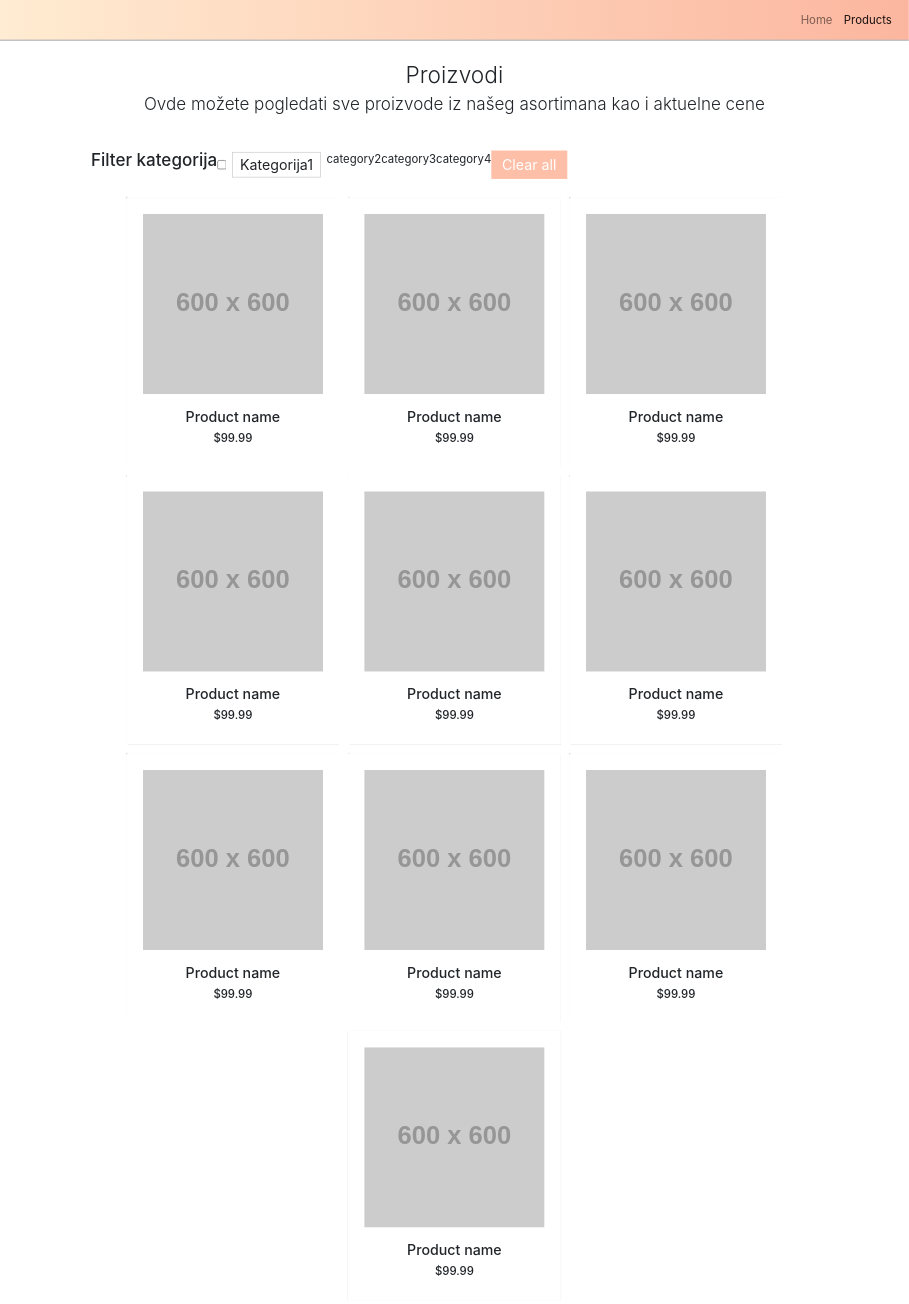
Repository: StevanFilipovic/TemplateForSinglepageWebsite
Page: products.html
The author's editor kept a copy of each file at every save. The page is drawn from the files as they stood at one save, then again after the next save.
The browser window is 1280 px wide. The pictures show the whole page, at 71% of full size.
Some web libraries are served in a nearby version.

Above is the page before, as saved 2018-06-15 11:29:19.

### products.html
<!doctype html>
<html>
<head>
	<meta charset="utf-8">
	<title>One Page Scroll</title>
	<meta name="title" content="Website by Stevan" />
	<meta name="description" content="Proizvodi"/>
    <link rel="shortcut icon" id="favicon" href="">
    <meta name="viewport" content="initial-scale=1, width=device-width, maximum-scale=1, minimum-scale=1, user-scalable=no">
	<link href='http://fonts.googleapis.com/css?family=Open+Sans:300,400,700' rel='stylesheet' type='text/css'>
	<link href='http://fonts.googleapis.com/css?family=Pacifico:400' rel='stylesheet' type='text/css'>
	<script type="text/javascript" src="http://code.jquery.com/jquery-1.9.1.js"></script>
  <link href='products-page-style.css' rel='stylesheet' type='text/css'>
  <!-- Da bi koristili less potrebno je odkomentarisati donje dve linije i uraditi konverziju css-a i ubaciti u dole navedene fajlove -->
  <!-- <link rel="stylesheet/less" type="text/css" href="onepage-scrool.less" /> -->
  <!-- <link rel="stylesheet/less" type="text/css" href="styles.less" /> -->
  <!-- <script src="less.js" type="text/javascript"></script> -->
  <link rel="stylesheet" href="https://stackpath.bootstrapcdn.com/bootstrap/4.1.1/css/bootstrap.min.css" integrity="sha384-WskhaSGFgHYWDcbwN70/dfYBj47jz9qbsMId/iRN3ewGhXQFZCSftd1LZCfmhktB" crossorigin="anonymous">

<script>
    $(document).ready(function() {
  var $products = $('.grid-products'),
      $filters = $("#filters input[type='checkbox']"),
      product_filter = new ProductFilterLevel1($products, $filters);
  product_filter.init();
});

function ProductFilterLevel1(products, filters) {
  var _this = this;

  this.init = function() {
    this.products = products;
    this.filters = filters;
    this.bindEvents();
  };

  this.bindEvents = function() {
    this.filters.click(this.filterGridProducts);
    $('#none').click(this.removeAllFilters);
  };

  this.filterGridProducts = function() {
    _this.products.hide();
    var selectedFilters = _this.filters.filter(':checked');
    if (selectedFilters.length) {
      var selectedFiltersValues = [];
      selectedFilters.each(function() {
        var currentFilter = $(this);
        selectedFiltersValues.push("[data-" + currentFilter.attr('name') + "='" + currentFilter.val() + "']");
      });
      _this.products.filter(selectedFiltersValues.join(',')).show();
    } else {
      _this.products.show();
    }
  };

  this.removeAllFilters = function() {
    _this.filters.prop('checked', false);
    _this.products.show();
  }
}
</script>

</head>
<body>
        <div class="header">
                <nav class="navbar navbar-expand-lg navbar-light">
                  <!-- <a class="navbar-brand" href="#">Navbar</a> -->
                  <button class="navbar-toggler" type="button" data-toggle="collapse" data-target="#navbarNavDropdown" aria-controls="navbarNavDropdown" aria-expanded="false" aria-label="Toggle navigation">
                    <span class="navbar-toggler-icon"></span>
                  </button>
                  <div class="collapse navbar-collapse justify-content-end" id="navbarNavDropdown">
                    <ul class="navbar-nav">
                      <li class="nav-item ">
                        <a class="nav-link" href="index.html">Home </a>
                      </li>
                      <li class="nav-item active">
                        <a class="nav-link" href="products.html">Products<span class="sr-only">(current)</span></a>
                      </li>
                      </li>
                    </ul>
                  </div>
                </nav>
                </div>
<div class="intro-text">
    <h2>Proizvodi</h2>
    <h4>Ovde možete pogledati sve proizvode iz našeg asortimana kao i aktuelne cene</h4>
</div>
<div id="filters" class="products">
    <div class="filter-wrapper">
      <h4>Filter kategorija</h4>

      <input type="checkbox" name="colour" id="category1" value="category1" ></input>
      <label for="category1">Kategorija1</label>

      <label class="filter-container"><input type="checkbox" name="colour" id="category2" value="category2"><span class="filters-title">category2</span></input></label>
      <label class="filter-container"><input type="checkbox" name="colour" id="category3" value="category3"><span class="filters-title">category3</span></input></label>
      <label class="filter-container"><input type="checkbox" name="colour" id="category4" value="category4"><span class="filters-title">category4</span></input></label>
    </div>
    <div>
      <input class="button-clear dugme" type="button" id="none" value="Clear all"></input>
    </div>
  </div>

          <section class="products">
                <div class="product-card grid-products" data-colour="category1">
                    <div class="product-image">
                        <img src="http://via.placeholder.com/600x600">
                    </div>
                    <div class="product-info">
                        <h5>Product name</h5>
                        <h6>$99.99</h6>
                    </div>
                </div>

                <div class="product-card grid-products" data-colour="category1">
                    <div class="product-image">
                        <img src="http://via.placeholder.com/600x600">
                    </div>
                    <div class="product-info">
                        <h5>Product name</h5>
                        <h6>$99.99</h6>
                    </div>
                </div>

                <div class="product-card grid-products" data-colour="category2">
                    <div class="product-image">
                        <img src="http://via.placeholder.com/600x600">
                    </div>
                    <div class="product-info">
                        <h5>Product name</h5>
                        <h6>$99.99</h6>
                    </div>
                </div>

                <div class="product-card grid-products" data-colour="category2">
                    <div class="product-image">
                        <img src="http://via.placeholder.com/600x600">
                    </div>
                    <div class="product-info">
                        <h5>Product name</h5>
                        <h6>$99.99</h6>
                    </div>
                </div>

                <div class="product-card grid-products" data-colour="category3">
                    <div class="product-image">
                        <img src="http://via.placeholder.com/600x600">
                    </div>
                    <div class="product-info">
                        <h5>Product name</h5>
                        <h6>$99.99</h6>
                    </div>
                </div>

                <div class="product-card grid-products" data-colour="category3">
                    <div class="product-image">
                        <img src="http://via.placeholder.com/600x600">
                    </div>
                    <div class="product-info">
                        <h5>Product name</h5>
                        <h6>$99.99</h6>
                    </div>
                </div>

                <div class="product-card grid-products" data-colour="category3">
                    <div class="product-image">
                        <img src="http://via.placeholder.com/600x600">
                    </div>
                    <div class="product-info">
                        <h5>Product name</h5>
                        <h6>$99.99</h6>
                    </div>
                </div>

                <div class="product-card grid-products" data-colour="category4">
                    <div class="product-image">
                        <img src="http://via.placeholder.com/600x600">
                    </div>
                    <div class="product-info">
                        <h5>Product name</h5>
                        <h6>$99.99</h6>
                    </div>
                </div>

                <div class="product-card grid-products" data-colour="category4">
                    <div class="product-image">
                        <img src="http://via.placeholder.com/600x600">
                    </div>
                    <div class="product-info">
                        <h5>Product name</h5>
                        <h6>$99.99</h6>
                    </div>
                </div>

                <div class="product-card grid-products" data-colour="category4">
                    <div class="product-image">
                        <img src="http://via.placeholder.com/600x600">
                    </div>
                    <div class="product-info">
                        <h5>Product name</h5>
                        <h6>$99.99</h6>
                    </div>
                </div>

            </section>

</body>
</html>

### products-page-style.css
.header{
    background-image: linear-gradient(to right, #ffecd2 0%, #fcb69f 100%);
    border-bottom: 1px solid gray;
}
.intro-text{
  margin: 30px auto 50px;
}
.intro-text h2, .intro-text h4{
  text-align: center;
    font-weight: 300;
}
.products {
	display: flex;
    flex-wrap: wrap;
    width: 90%;
    margin: auto;
    justify-content: center;
}
#filters{
  margin-bottom: 20px;
  justify-content: start;
  width: 80%;
}

.product-card {
	display: flex;
	flex-direction: column;
    max-width: 300px;
	padding: 2%;
  /* flex: 1 16%; */
  margin: 6px;

	background-color: #FFF;
	box-shadow: 0px 0px 1px 0px rgba(0,0,0,0.25);
}

.product-image img {
	width: 100%;
}

.product-info {
	margin-top: auto;
	padding-top: 20px;
	text-align: center;
}

@media ( max-width: 920px ) {

	/* .product-card {
		flex: 1 21%;
	} */

	/* .products .product-card:first-child,
	.products .product-card:nth-child(2) {
		flex: 2 46%;
	} */

}

@media ( max-width: 600px ) {

	/* .product-card {
		flex: 1 46%;
	} */

}

@media ( max-width: 480px ) {

	h1 {
		margin-bottom: 20px;
	}

	.product-filter {
		flex-direction: column;
	}

	.sort {
		align-self: flex-start;
	}

}


/* Checkmark */

/* Customize the label (the container) */



.filter-category{
  border: 1px solid #cccccc;
  padding: 2px 10px;
  margin: auto 8px;
}

input[type=checkbox] + label {
  display: block;
  position: relative;
  margin: auto 8px;
  cursor: pointer;
  font-size: 20px;
  -webkit-user-select: none;
  -moz-user-select: none;
  -ms-user-select: none;
  user-select: none;
  border: 1px solid #cccccc;
  padding: 2px 10px;
}
input[type=checkbox]:checked + label {
  background: #f00;
  font-style: normal;
}


  /* Hide the browser's default checkbox */
  .filter-container input {
    position: absolute;
    opacity: 0;
    cursor: pointer;
  }

  /* Create a custom checkbox */
  .checkmark {
    position: absolute;
    top: 0;
    left: 0;
    height: 30px;
    width: 30px;
    background-color: #eee;
    display: none;
  }

  /* On mouse-over, add a grey background color */
  .filter-container:hover input ~ .checkmark {
    background-color: #ccc;
  }

  /* When the checkbox is checked, add a blue background */
  .filter-container input:checked ~ .checkmark {
    background-color: #fdbfa7;
  }

  /* Create the checkmark/indicator (hidden when not checked) */
  .checkmark:after {
    content: "";
    position: absolute;
    display: none;
  }

  /* Show the checkmark when checked */
  .filter-container input:checked ~ .checkmark:after {
    display: block;
  }

  /* Style the checkmark/indicator */
  .filter-container .checkmark:after {
    left: 9px;
    top: 5px;
    width: 10px;
    height: 15px;
    border: solid white;
    border-width: 0 3px 3px 0;
    -webkit-transform: rotate(45deg);
    -ms-transform: rotate(45deg);
    transform: rotate(45deg);
  }

  .filter-wrapper{
      display: contents;
      margin-bottom: 15px;
  }

  .button-clear{
    background: #FDBFA7;
    font-size: 20px;
    color: white;
    border-style: none;
    cursor: pointer;
    padding: 5px 15px;
  }

After the next save:
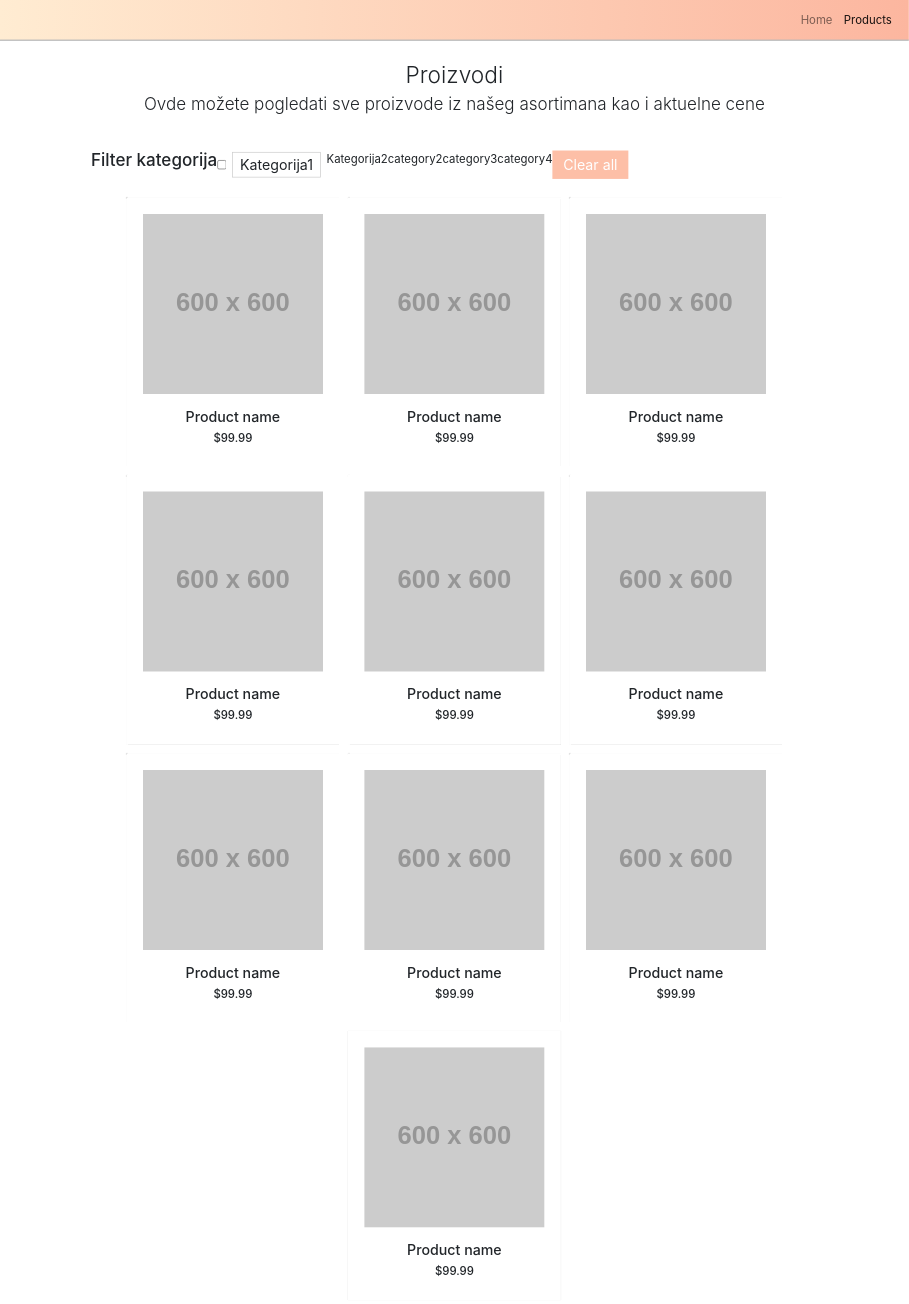
Saved 20 s later.
--- a/products.html
+++ b/products.html
@@ -93,6 +93,8 @@ function ProductFilterLevel1(products, filters) {
       <input type="checkbox" name="colour" id="category1" value="category1" ></input>
       <label for="category1">Kategorija1</label>
 
+      <label for="category2">Kategorija2</label>
+
       <label class="filter-container"><input type="checkbox" name="colour" id="category2" value="category2"><span class="filters-title">category2</span></input></label>
       <label class="filter-container"><input type="checkbox" name="colour" id="category3" value="category3"><span class="filters-title">category3</span></input></label>
       <label class="filter-container"><input type="checkbox" name="colour" id="category4" value="category4"><span class="filters-title">category4</span></input></label>
